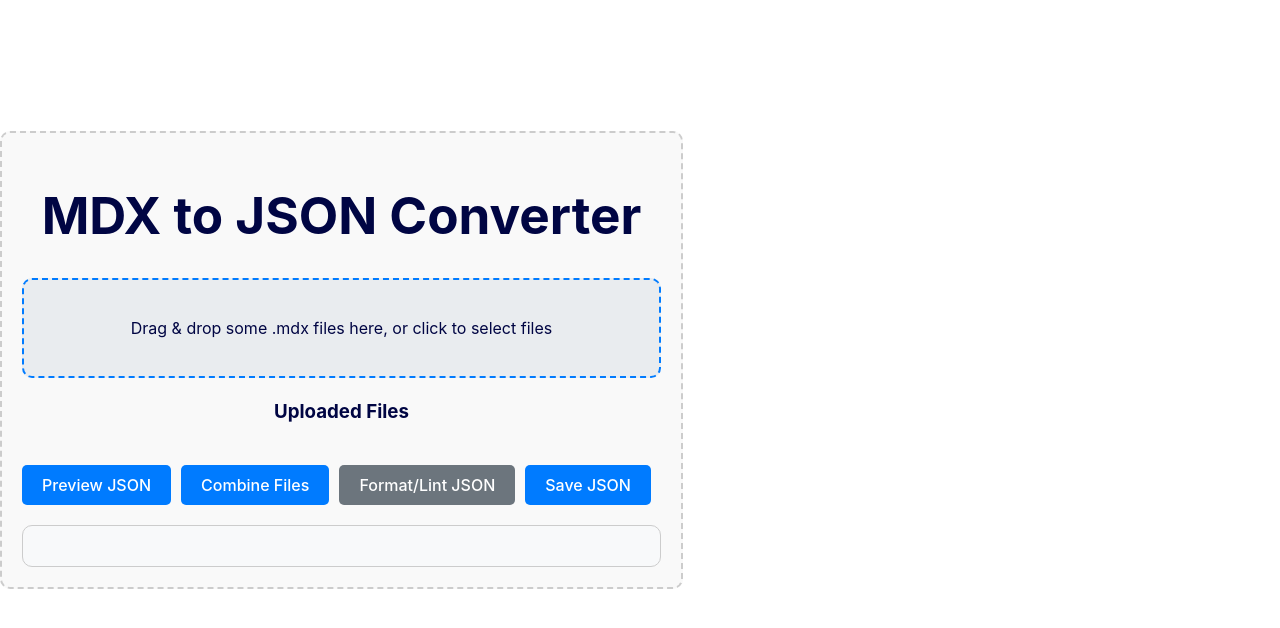
Repository: LayerDynamics/mdx-to-json
Page: /
An editor plug-in stored every save of this project. The page is shown before and after the next save, followed by the edit.
The browser window is 1280 px wide. The pictures show the whole page.
The project was rebuilt for these pictures with package versions that can differ from the ones it lists, and the page was loaded fresh each time. Also part of the build but not shown: vite.config.ts.

Above is the page before, as saved 2024-08-20 08:30:20.

After the next save:
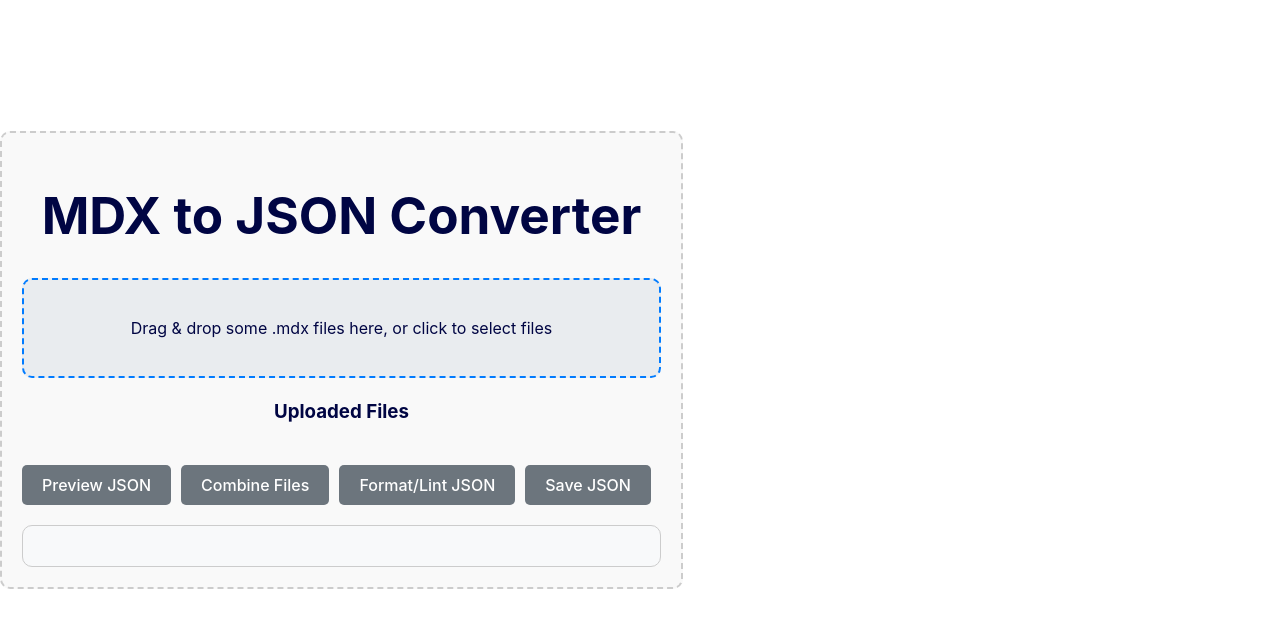
Saved 73 s later.
--- a/src/App.tsx
+++ b/src/App.tsx
@@ -1,4 +1,4 @@
-import React, { useState, useCallback, useEffect } from 'react';
+import React, { useState, useCallback } from 'react';
 import { useDropzone } from 'react-dropzone';
 import { parseMDX, createKnowledgeBaseEntry } from './utils/mdxUtils';
 import { Container, Button, DropzoneArea, PreviewContainer } from './styles';
@@ -7,9 +7,9 @@
 
 interface KnowledgeBaseEntry {
     title: string;
-    content: string;
     tags: string[];
     category: string;
+    content: string;
     metadata: {
         created_at: string;
         author: string;
@@ -19,7 +19,7 @@
 const App: React.FC = () => {
     const [mdxFiles, setMdxFiles] = useState<File[]>([]);
     const [jsonEntries, setJsonEntries] = useState<KnowledgeBaseEntry[]>([]);
-    const [combinedJson, setCombinedJson] = useState<KnowledgeBaseEntry[] | null>(null);
+    const [combinedJson, setCombinedJson] = useState<KnowledgeBaseEntry | null>(null);
 
     const onDrop = useCallback((acceptedFiles: File[]) => {
         setMdxFiles([...mdxFiles, ...acceptedFiles]);
@@ -37,36 +37,42 @@
             entries.push(entry);
         }
 
-        console.log('Preview JSON entries:', entries);  // Debugging line
+        console.log('Preview JSON entries:', entries);
 
         setJsonEntries(entries);
     };
 
     const handleCombine = () => {
-        console.log('JSON entries before combine:', jsonEntries);  // Debugging line
+        console.log('JSON entries before combine:', jsonEntries);
 
-        const combined = jsonEntries.map(entry => ({
-            title: entry.title,
-            content: entry.content,
-            tags: entry.tags,
-            category: entry.category,
+        // Combine all entries into a single formatted entry
+        const combinedContent = jsonEntries.map(entry => entry.content).join('\n');
+        const combinedTags = Array.from(new Set(jsonEntries.flatMap(entry => entry.tags)));
+        const combinedTitle = jsonEntries.map(entry => entry.title).join(' & ');
+        const combinedCategory = Array.from(new Set(jsonEntries.map(entry => entry.category))).join(' & ');
+        const combinedCreatedAt = new Date().toISOString();
+        const combinedAuthor = Array.from(new Set(jsonEntries.map(entry => entry.metadata.author))).join(', ');
+
+        const combined = {
+            title: combinedTitle,
+            content: combinedContent,
+            tags: combinedTags,
+            category: combinedCategory,
             metadata: {
-                created_at: entry.metadata.created_at,
-                author: entry.metadata.author,
+                created_at: combinedCreatedAt,
+                author: combinedAuthor,
             },
-        }));
+        };
 
-        console.log('Combined JSON:', combined);  // Debugging line
+        console.log('Combined JSON:', combined);
 
         setCombinedJson(combined);
     };
 
     const handleSave = () => {
-        console.log('Saving JSON:', combinedJson || jsonEntries);  // Debugging line
+        console.log('Saving JSON:', combinedJson || jsonEntries);
 
-        const jsonToSave = combinedJson || jsonEntries;
-
-        const blob = new Blob([JSON.stringify(jsonToSave, null, 2)], { type: 'application/json' });
+        const blob = new Blob([JSON.stringify(combinedJson || jsonEntries, null, 2)], { type: 'application/json' });
         const url = URL.createObjectURL(blob);
         const link = document.createElement('a');
         link.href = url;
@@ -95,10 +101,10 @@
 
             <FileList files={mdxFiles} onDelete={handleDeleteFile} />
 
-            <Button onClick={handlePreview}>Preview JSON</Button>
-            <Button onClick={handleCombine}>Combine Files</Button>
+            <Button onClick={handlePreview} disabled={mdxFiles.length === 0}>Preview JSON</Button>
+            <Button onClick={handleCombine} disabled={jsonEntries.length < 2}>Combine Files</Button>
             <FormatButton jsonEntries={jsonEntries} onFormat={handleFormat} />
-            <Button onClick={handleSave}>Save JSON</Button>
+            <Button onClick={handleSave} disabled={jsonEntries.length === 0 && !combinedJson}>Save JSON</Button>
 
             <PreviewContainer>
                 {combinedJson

After the 3 saves that followed:
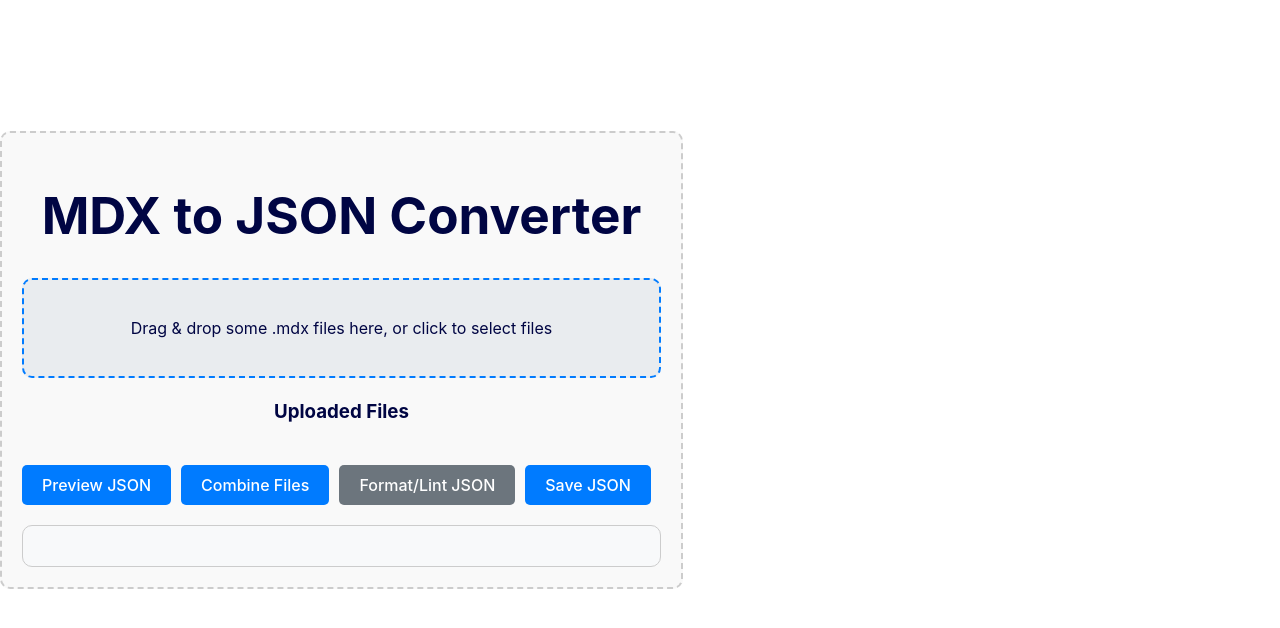
The 3 saves are shown as one change because 2 left the picture as it was.
The last was saved 4 min 42 s later.
--- a/src/App.tsx
+++ b/src/App.tsx
@@ -45,7 +45,6 @@
     const handleCombine = () => {
         console.log('JSON entries before combine:', jsonEntries);
 
-        // Combine all entries into a single formatted entry
         const combinedContent = jsonEntries.map(entry => entry.content).join('\n');
         const combinedTags = Array.from(new Set(jsonEntries.flatMap(entry => entry.tags)));
         const combinedTitle = jsonEntries.map(entry => entry.title).join(' & ');
@@ -91,6 +90,11 @@
         setJsonEntries(formattedEntries);
     };
 
+    // Debugging logs to check conditions
+    console.log("MDX Files:", mdxFiles.length);
+    console.log("JSON Entries:", jsonEntries.length);
+    console.log("Combined JSON:", combinedJson);
+
     return (
         <Container>
             <h1>MDX to JSON Converter</h1>
@@ -101,10 +105,10 @@
 
             <FileList files={mdxFiles} onDelete={handleDeleteFile} />
 
-            <Button onClick={handlePreview} disabled={mdxFiles.length === 0}>Preview JSON</Button>
-            <Button onClick={handleCombine} disabled={jsonEntries.length < 2}>Combine Files</Button>
+            <Button onClick={handlePreview}>Preview JSON</Button>
+            <Button onClick={handleCombine}>Combine Files</Button>
             <FormatButton jsonEntries={jsonEntries} onFormat={handleFormat} />
-            <Button onClick={handleSave} disabled={jsonEntries.length === 0 && !combinedJson}>Save JSON</Button>
+            <Button onClick={handleSave}>Save JSON</Button>
 
             <PreviewContainer>
                 {combinedJson
--- a/src/utils/mdxUtils.ts
+++ b/src/utils/mdxUtils.ts
@@ -29,9 +29,12 @@ export function convertToPlainText(jsxContent: string) {
 export function createKnowledgeBaseEntry(metadata: any, content: string) {
     return {
         title: metadata.title || 'Untitled',
+        content: convertToPlainText(content),
         tags: metadata.tags || [],
         category: metadata.category || 'General',
-        content: convertToPlainText(content),
-        updatedAt: metadata.date || new Date().toISOString(),
+        metadata: {
+            created_at: metadata.date || new Date().toISOString(),
+            author: metadata.author || 'Unknown',
+        },
     };
 }
